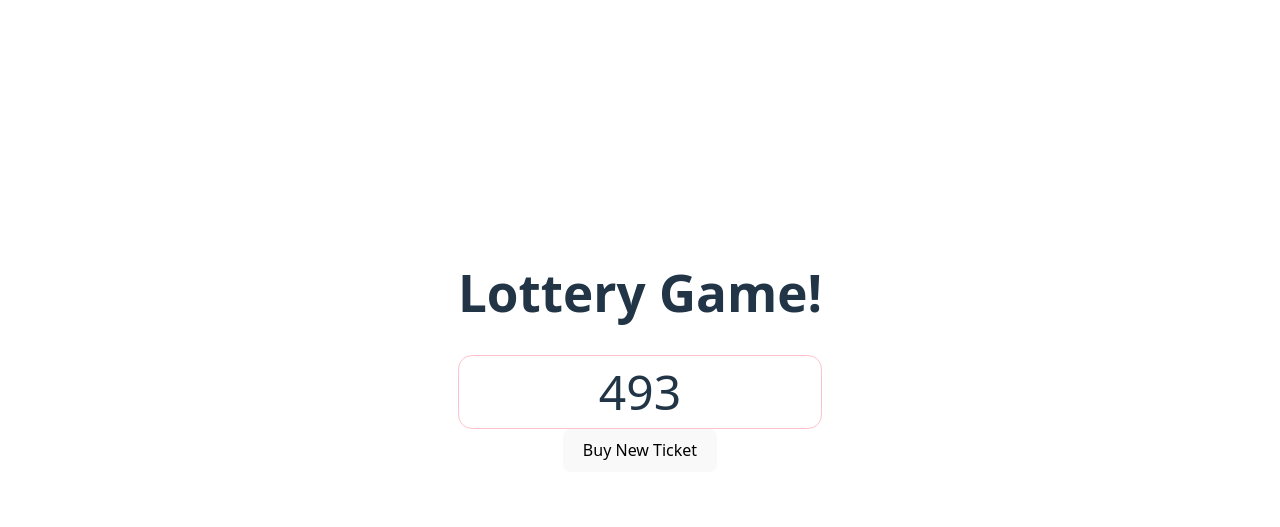
Repository: Ravikumar7210/Web_workspace
Page: / (app in React_Projects/Lottery/)
The author's editor kept a copy of each file at every save. The page is drawn from the files as they stood at one save, then again after the next save.
The browser window is 1280 px wide. The pictures show the whole page.
The project was rebuilt for these pictures with package versions that can differ from the ones it lists, and the page was loaded fresh each time. Also part of the build but not shown: React_Projects/Lottery/vite.config.js.

Above is the page before, as saved 2025-04-07 18:00:10.

After the next save:
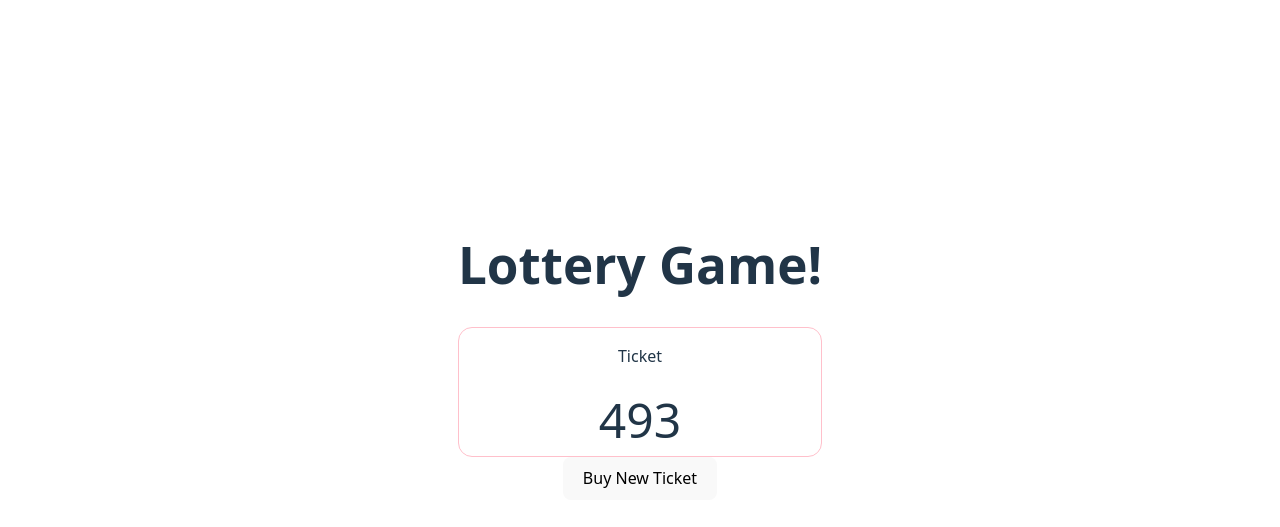
Saved 2 min 7 s later.
--- a/React_Projects/Lottery/src/Ticket.jsx
+++ b/React_Projects/Lottery/src/Ticket.jsx
@@ -5,6 +5,7 @@ export default function Ticket({ticket}) {
 
     return (
         <div className="Ticket">
+        <p>Ticket</p>
         {ticket.map ((num, idx) =>(
             <TicketNum num={num} key={idx}/>
         ))}
